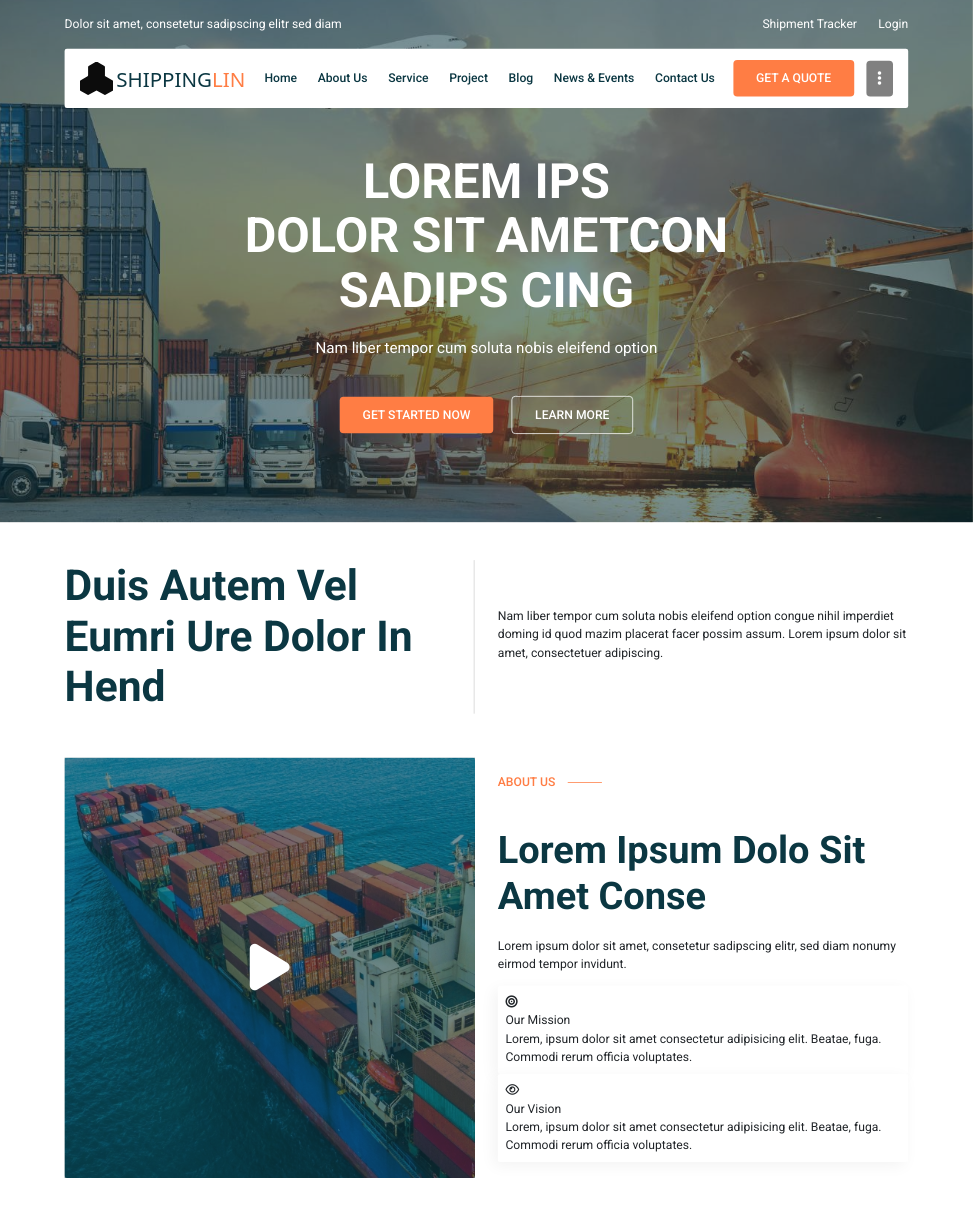
Repository: nazmulalok/shipping-template
Page: index.html
An editor plug-in stored every save of this project. The page is shown before and after the next save, followed by the edit.
The browser window is 1280 px wide. The pictures show the whole page, at 76% of full size.
Some web libraries are served in a nearby version.

Above is the page before, as saved 2022-10-06 17:44:23.

### index.html
<!DOCTYPE html>
<html lang="en">

    <head>
        <meta charset="UTF-8">
        <meta http-equiv="X-UA-Compatible" content="IE=edge">
        <meta name="viewport" content="width=device-width, initial-scale=1.0">
        <link rel="preconnect" href="https://fonts.googleapis.com">
        <link rel="preconnect" href="https://fonts.gstatic.com" crossorigin>
        <link
            href="https://fonts.googleapis.com/css2?family=Roboto:ital,wght@0,300;0,400;0,500;0,700;0,900;1,300;1,400;1,500;1,700;1,900&display=swap"
            rel="stylesheet">
        <link rel="stylesheet" href="https://cdnjs.cloudflare.com/ajax/libs/font-awesome/6.2.0/css/all.min.css"
            integrity="sha512-xh6O/CkQoPOWDdYTDqeRdPCVd1SpvCA9XXcUnZS2FmJNp1coAFzvtCN9BmamE+4aHK8yyUHUSCcJHgXloTyT2A=="
            crossorigin="anonymous" referrerpolicy="no-referrer" />
        <link rel="stylesheet" href="https://cdn.jsdelivr.net/npm/bootstrap@4.0.0/dist/css/bootstrap.min.css"
            integrity="sha384-Gn5384xqQ1aoWXA+058RXPxPg6fy4IWvTNh0E263XmFcJlSAwiGgFAW/dAiS6JXm" crossorigin="anonymous">
        <link rel="stylesheet" href="style.css">
        <title>Document</title>
    </head>

    <body>
        <header class="header-top">
            <div class="container">
                <div class="top-bar">
                    <p class="m-0">Dolor sit amet, consetetur sadipscing elitr sed diam</p>
                    <div>
                        <span class="mr-4">Shipment Tracker</span>
                        <span>Login</span>
                    </div>
                </div>
                <div class="header-area">
                    <div class="logo">
                        <img src="images/box.svg" alt="Logo Box" class="me-2">
                        <img src="images/shipping-logo.svg" alt="Shipping Logo">
                    </div>
                    <nav>
                        <ul>
                            <li><a href="#">Home</a></li>
                            <li><a href="#">About Us</a></li>
                            <li><a href="#">Service</a></li>
                            <li><a href="#">Project</a></li>
                            <li><a href="#">Blog</a></li>
                            <li><a href="#">News & Events</a></li>
                            <li><a href="#">Contact Us</a></li>
                        </ul>
                    </nav>
                    <div class="nav-btn">
                        <a class="common-btn mr-3" href="#">Get A Quote</a>
                        <i class="fa-solid fa-ellipsis-vertical"></i>
                    </div>
                </div>
            </div>
        </header>
        <!-- Slider -->
        <section>
            <div class="main-slider">
                <div class="container">
                    <div class="slide-content">
                        <div class="slide-text">
                            <div class="slider-title mb-4">Lorem ips<br>
                                dolor sit ametcon<br>
                                sadips cing</div>
                            <p>Nam liber tempor cum soluta nobis eleifend option</p>
                            <div class="sliderBtn mt-5"><a class="common-btn mr-4" href="#">Get Started Now</a><a
                                    class="common-btn outline-btn" href="#">Learn More</a></div>
                        </div>
                    </div>
                </div>
            </div>
        </section>
        <!-- Slider Ends -->
        <div class="common-sec">
            <div class="container">
                <div class="row align-items-center">
                    <div class="col-lg-6">
                        <h1 class="border-heading">Duis Autem Vel Eumri
                            Ure Dolor In Hend</h1>
                    </div>
                    <div class="col-lg-6">
                        <p class="ms-4">Nam liber tempor cum soluta nobis eleifend option congue nihil imperdiet doming
                            id quod mazim
                            placerat facer possim assum. Lorem ipsum dolor sit amet, consectetuer adipiscing.</p>
                    </div>
                </div>
                <div class="row align-items-center mt-5">
                    <div class="col-lg-6">
                        <div class="video-box img-box img-shadow">
                            <img src="images/ship-products.jpg" alt="Ship Products" />
                            <a data-fancybox="" href="" class="video-btn">
                                <i class="fa fa-play"></i>
                            </a>
                        </div>
                    </div>
                    <div class="col-lg-6">
                        <span class="sp-title">About Us</span>
                        <h2 class="mb-4">Lorem Ipsum Dolo
                            Sit Amet Conse</h2>
                        <p>Lorem ipsum dolor sit amet, consetetur sadipscing elitr, sed diam nonumy eirmod tempor
                            invidunt.</p>
                        <div class="boxes">
                            <div class="common-box">
                                <div class="content">
                                    <i class="fa-solid fa-bullseye"></i>
                                    <div class="box-title">
                                        Our Mission
                                    </div>
                                    <p>Lorem, ipsum dolor sit amet consectetur adipisicing elit. Beatae, fuga. Commodi
                                        rerum
                                        officia voluptates.</p>
                                </div>
                            </div>
                            <div class="common-box">
                                <div class="content">
                                    <i class="fa-regular fa-eye"></i>
                                    <div class="box-title">
                                        Our Vision
                                    </div>
                                    <p>Lorem, ipsum dolor sit amet consectetur adipisicing elit. Beatae, fuga. Commodi
                                        rerum
                                        officia voluptates.</p>
                                </div>
                            </div>
                        </div>
                    </div>
                </div>
            </div>
        </div>














        <script src="https://code.jquery.com/jquery-3.2.1.slim.min.js"
            integrity="sha384-KJ3o2DKtIkvYIK3UENzmM7KCkRr/rE9/Qpg6aAZGJwFDMVNA/GpGFF93hXpG5KkN"
            crossorigin="anonymous"></script>
        <script src="https://cdn.jsdelivr.net/npm/popper.js@1.12.9/dist/umd/popper.min.js"
            integrity="sha384-ApNbgh9B+Y1QKtv3Rn7W3mgPxhU9K/ScQsAP7hUibX39j7fakFPskvXusvfa0b4Q"
            crossorigin="anonymous"></script>
        <script src="https://cdn.jsdelivr.net/npm/bootstrap@4.0.0/dist/js/bootstrap.min.js"
            integrity="sha384-JZR6Spejh4U02d8jOt6vLEHfe/JQGiRRSQQxSfFWpi1MquVdAyjUar5+76PVCmYl"
            crossorigin="anonymous"></script>
    </body>

</html>

### style.css
/* Common CSS Starts*/
* {
    margin: 0;
    padding: 0;
}

:root {
    --main-color: #FF7D44;
    --secondary-color: #0B3742;
    --tertiary-color: #FFFFFF;
}

body {
    font-family: 'Roboto', sans-serif;
}

* {
    box-sizing: border-box;
}

a.white-space {
    white-space: nowrap;
}

/* Common CSS Ends */

/* slider style starts */

.main-slider>* {
    z-index: 10;
}

.main-slider {
    background: url(images/shipping-banner.jpg);
    height: 700px;
    width: 100%;
    background-size: cover;
    background-repeat: no-repeat;
    background-position: center;
    position: relative;
    display: flex;
    align-items: center;
    transition: all 1s;
    margin-top: -155px;
    z-index: 50;
}

.main-slider:before {
    content: '';
    width: 100%;
    height: 100%;
    top: 0;
    left: 0;
    position: absolute;
    background-color: rgb(11 55 66 / 55%);
    z-index: 1;
}

.slide-content {
    text-align: center;
}

.slide-text {
    color: var(--tertiary-color);
    padding-top: 100px;
}

.slider-title {
    font-size: 4rem;
    font-weight: 600;
    line-height: 4.5rem;
    text-transform: uppercase;
}

.slide-text p {
    font-size: 20px;
}

a.common-btn {
    display: inline-block;
    text-decoration: none;
    color: var(--tertiary-color);
    background: var(--main-color);
    padding: 12px 30px;
    border-radius: 5px;
    font-size: 16px;
    font-weight: 500;
    text-transform: uppercase;
    transition: all 1s ease;
}

a.common-btn:hover {
    background: var(--tertiary-color);
    color: var(--secondary-color);
}

a.common-btn.outline-btn {
    background: transparent !important;
    border: 1px solid var(--tertiary-color);
}

a.common-btn.outline-btn:hover {
    background: var(--tertiary-color) !important;
}

/* Header style starts */

.header-top {
    z-index: 100;
    background: transparent;
    position: relative;
}

.top-bar,
.header-area {
    display: flex;
    justify-content: space-between;
    align-items: center;
    color: var(--tertiary-color);
}

.top-bar {
    padding: 20px 0px;
}

.header-area {
    background: var(--tertiary-color);
    padding: 15px 20px;
    border-radius: 3px;
}

nav ul {
    list-style-type: none;
    color: var(--secondary-color);
    display: flex;
    gap: 1.7rem;
    margin: 0;
}

nav ul a {
    color: var(--secondary-color);
    text-decoration: none;
    font-size: 16px;
    font-weight: 500;
    transition: all 0.5s;
}

nav ul a:hover {
    color: var(--main-color);
    transition: all 0.5s;
}

.nav-btn {
    align-items: center;
    display: flex;
}

.nav-btn i {
    color: var(--tertiary-color);
    font-size: 21px;
    background: gray;
    padding: 13px 15px;
    border-radius: 5px;
}

/* Headings Styles */

h1 {
    font-size: 56px;
}

h2 {
    font-size: 50px;
}

h3 {
    font-size: 44px;
}

h4 {
    font-size: 38px;
}

h5 {
    font-size: 32px;
}

h6 {
    font-size: 26px;
}

h1,
h2,
h3,
h4,
h5,
h6 {
    font-weight: 700;
    margin-bottom: 10px;
    color: var(--secondary-color);
}

/* Section Styles */

.py-50,
.common-sec {
    padding-top: 50px;
    padding-bottom: 50px;
}

.common-sec {
    position: relative;
    z-index: 0;
}

.common-sec:nth-child(even):before {
    content: "";
    position: absolute;
    width: 1000%;
    height: 100%;
    top: 50%;
    left: 50%;
    transform: translate(-50%, -50%);
    background-color: #f9f9f9;
    border-bottom: 1px solid #f6f6f6;
    z-index: -1;
}

/* Image box style */

.img-box {
    border-radius: 3px;
    transition: 0.5s;
    margin-bottom: 15px;
    text-align: center;
    position: relative;
}

.img-box img {
    border-radius: 3px;
}

.img-box:last-child {
    margin-bottom: 0;
}

figure.img-box img+figcaption {
    margin-top: 10px;
    text-align: left;
    padding: 10px;
    border-radius: 3px;
    box-shadow: -5px 5px 20px 0 rgb(0 0 0 / 5%);
}

.img-box.img-shadow:before {
    content: '';
    width: 100%;
    height: 100%;
    position: absolute;
    top: 0;
    left: 0;
    background-color: rgb(11 55 66 / 55%);
}

/* Video Box */

.video-box {
    position: relative;
}

.video-box img {
    border-radius: 3px;
    width: 100%;
}

.video-btn {
    position: absolute;
    text-align: center;
    color: var(--tertiary-color);
    font-size: 30px;
    border: none;
    left: 50%;
    top: 50%;
    -webkit-transform: translate(-50%, -50%);
    transform: translate(-50%, -50%);
    display: flex;
    justify-content: center;
    align-items: center;
    text-decoration: none !important;
    box-shadow: none;
    transition: 0.5s;
}

.video-btn .fa-play {
    color: var(--tertiary-color);
    position: relative;
    z-index: 99;
    -webkit-transition: color 0.5s;
    transition: 0.5s;
    text-decoration: none;
    line-height: 80px;
    font-size: 70px;
}

.video-btn:hover {
    color: inherit;
}

.video-btn:hover .fa-play {
    color: var(--main-color);
}

.video-btn:before,
.video-btn:after {
    display: none;
}

/* Common Box Styles */

.common-box {
    box-shadow: -5px 5px 20px 0 rgb(0 0 0 / 5%);
    height: 100%;
    background-color: #fff;
    border-radius: 3px;
}

.common-box>.img-box {
    margin-bottom: 0;
}

.common-box .common-heading:last-child,
.common-box p:last-child,
.common-box ul:last-child,
.common-box ul:last-child li:last-child,
.common-box .img-box:last-child {
    margin-bottom: 0;
}

.common-box>.content {
    padding: 10px;
}

/* Other CSS Starts */

.border-heading {
    border-right: 2px solid #E8E8E8;
}

.sp-title {
    display: flex;
    text-transform: uppercase;
    color: var(--main-color);
    font-weight: 500;
    align-items: center;
    margin-bottom: 3rem;
}

.sp-title:after {
    content: '';
    width: 20px;
    height: 1px;
    background: var(--main-color);
    flex: 0.1;
    margin-left: 1rem;
}

After the next save:
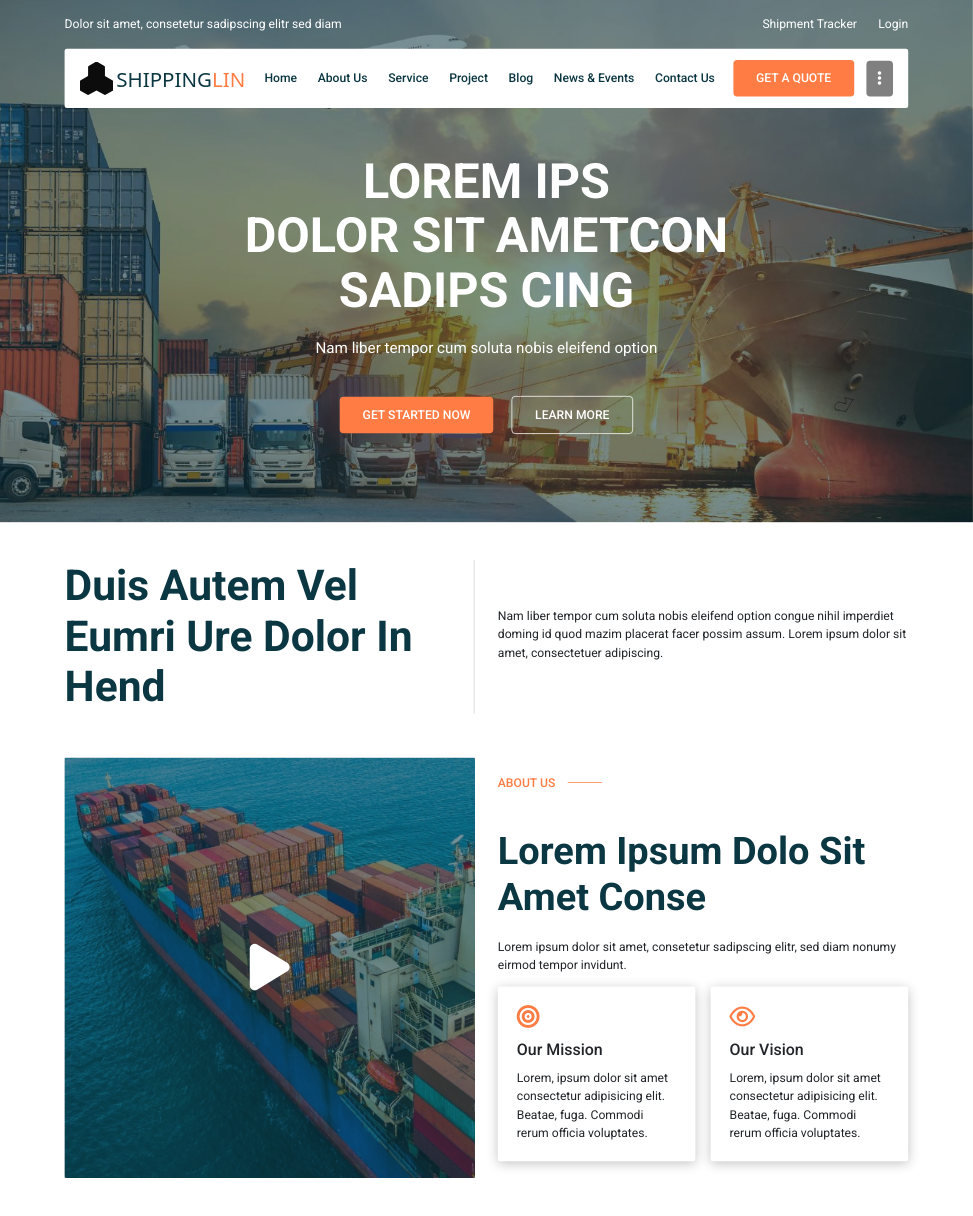
Saved 28 h 26 min later.
--- a/style.css
+++ b/style.css
@@ -2,6 +2,10 @@
 * {
     margin: 0;
     padding: 0;
+}
+
+html {
+    scroll-behavior: smooth;
 }
 
 :root {
@@ -318,10 +322,11 @@ figure.img-box img+figcaption {
 /* Common Box Styles */
 
 .common-box {
-    box-shadow: -5px 5px 20px 0 rgb(0 0 0 / 5%);
+    box-shadow: rgb(0 0 0 / 24%) 0px 3px 15px;
     height: 100%;
     background-color: #fff;
     border-radius: 3px;
+    transition: all 0.5s ease;
 }
 
 .common-box>.img-box {
@@ -337,7 +342,7 @@ figure.img-box img+figcaption {
 }
 
 .common-box>.content {
-    padding: 10px;
+    padding: 25px;
 }
 
 /* Other CSS Starts */
@@ -363,3 +368,31 @@ figure.img-box img+figcaption {
     flex: 0.1;
     margin-left: 1rem;
 }
+
+.boxes {
+    display: grid;
+    grid-template-columns: 1fr 1fr;
+    grid-gap: 20px;
+}
+
+.common-box i {
+    color: var(--main-color);
+    font-size: 30px;
+}
+
+.common-box .box-title {
+    font-size: 21px;
+    font-weight: 500;
+    margin: 10px 0px;
+}
+
+.common-box:hover {
+    background-color: var(--main-color);
+    color: var(--tertiary-color);
+    transition: all 0.5s ease;
+}
+
+.common-box:hover i {
+    color: var(--tertiary-color);
+    transition: all 1s ease;
+}
